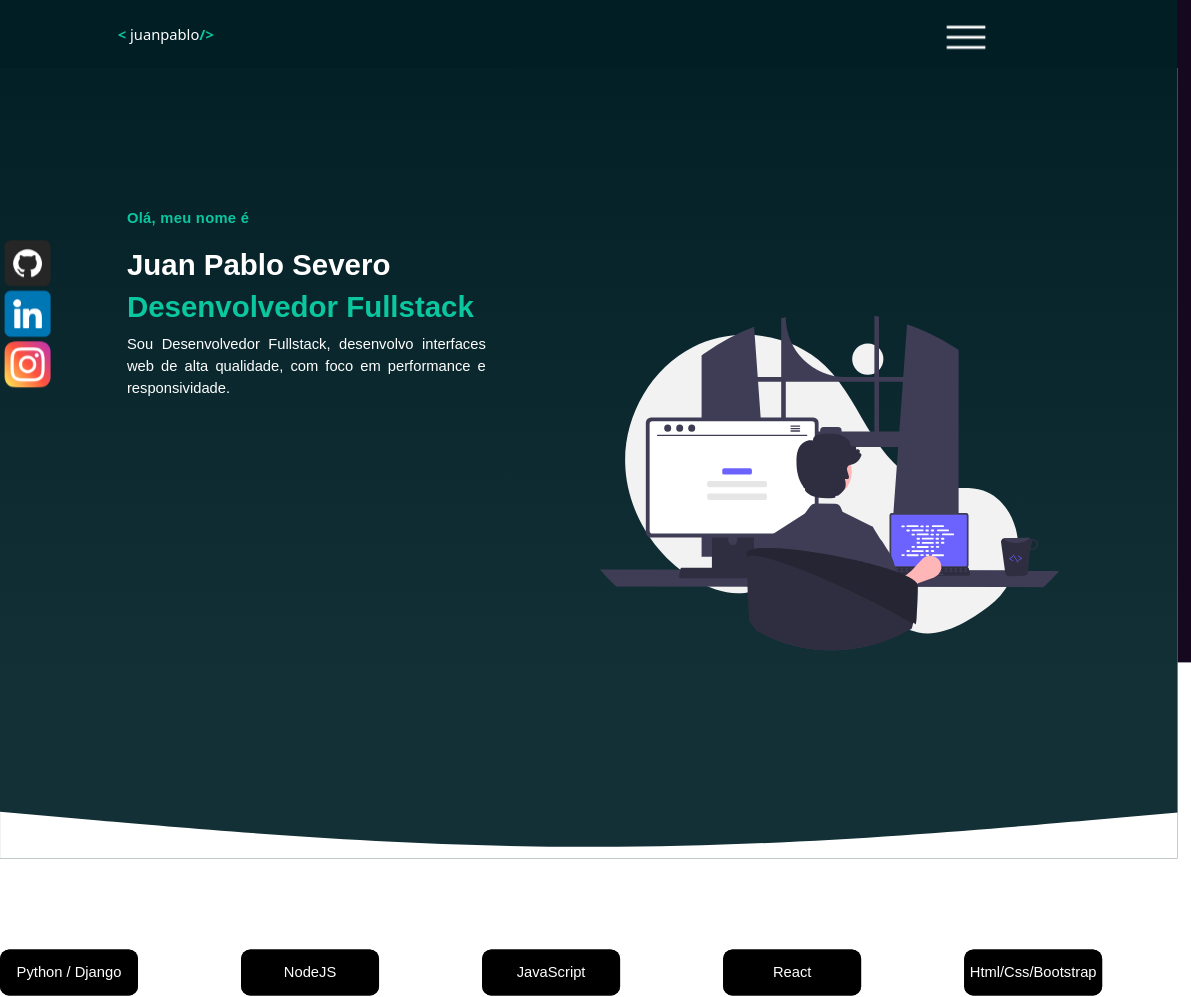
Repository: JuanPabloDS/portifolio
Page: http://localhost/
The author's editor kept a copy of each file at every save. The page is drawn from the files as they stood at one save, then again after the next save.
The browser window is 1280 px wide. The page is 1295 px wide, so the pictures cover 1295 px, including what lies to the right of the window. The pictures show the whole page, at 92% of full size.
The page is served by the project's application, run on Django 4.2 (manage.py).

Above is the page before, as saved 2023-03-20 10:22:42.

After the next save:
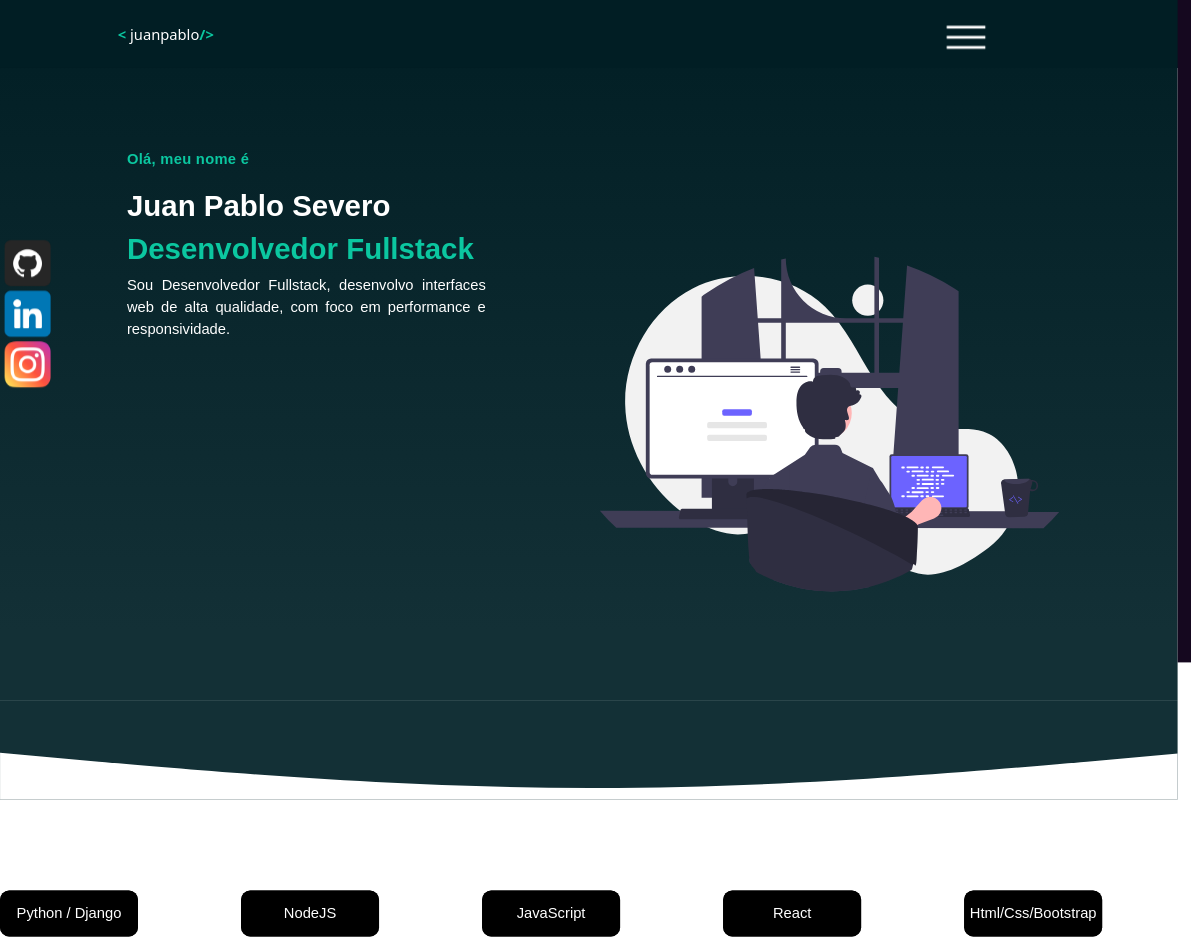
Saved 76 s later.
--- a/core/static/css/style.css
+++ b/core/static/css/style.css
@@ -276,7 +276,7 @@ main {
   flex-wrap: wrap;
   flex-flow: row wrap;
   justify-content: space-between;
-  margin-top: 16vw;
+  margin-top: 11vw;
   width: 100%;
 }
 
